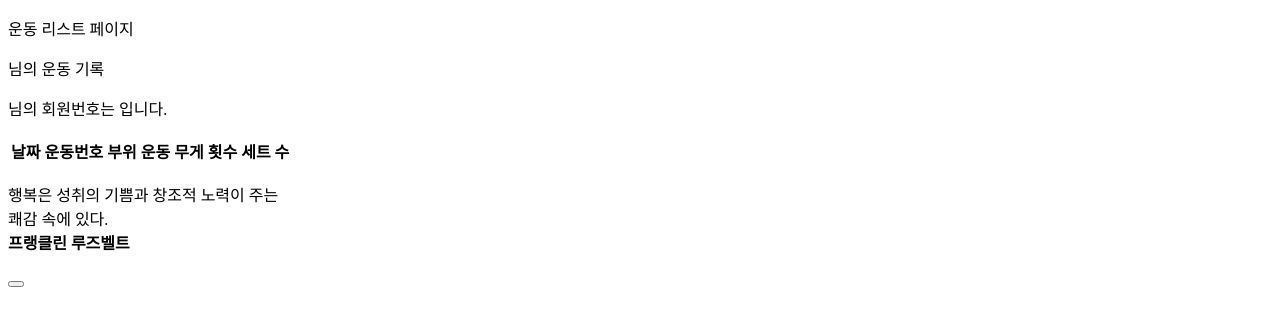
Repository: Up-Min/hrdkorea
Page: http://localhost/jsp_workout/wk_list.jsp
The author's editor kept a copy of each file at every save. The page is drawn from the files as they stood at one save, then again after the next save.
The browser window is 1280 px wide. The pictures show the whole page.
The page is served by Tomcat 9. Other server files are loaded and not shown. The template is opened directly, without the code that normally fills it, so the values that code supplies are empty.

Above is the page before, as saved 2022-12-29 04:52:12.

### jsp_workout/src/main/webapp/wk_list.jsp
<%@ page language="java" contentType="text/html; charset=UTF-8"
	pageEncoding="UTF-8"%>
<%@ taglib prefix="c" uri="http://java.sun.com/jsp/jstl/core"%>
<!DOCTYPE html>
<html>
<head>
<meta charset="UTF-8">
<title>Insert title here</title>
</head>
<body>
	<p>운동 리스트 페이지</p>
	<p>${id}님의 운동 기록</p>
	<p>${id}님의 회원번호는 ${num} 입니다.</p>

	<table>
		<tr>
			<th>날짜</th>
			<th>운동번호</th>
			<th>부위</th>
			<th>운동</th>
			<th>무게</th>
			<th>횟수</th>
			<th>세트 수</th>


		</tr>
		<c:forEach items="${list}" var="w" varStatus="status">
			<!-- jstl쓰면 굳이 request쓸 필요 없다. (Board board : boardList) -->
			<tr>
				<td>${w.wk_date}</td>
				<td>${w.wk_number}</td>
				<td>${w.wk_part}</td>
				<td>${w.ex_name}</td>
				<td>${w.ex_weight}</td>
				<td>${w.ex_reps}</td>
				<td>${w.ex_sets}</td>
			</tr>
		</c:forEach>
	</table>
		<p>
			행복은 성취의 기쁨과 창조적 노력이 주는 <br> 쾌감 속에 있다.
			 <br>
			<b> 프랭클린 루즈벨트 </b>
		</p>

		<button> </button>


	<script type="text/javascript" src="./script.js"></script>
</body>
</html>

### jsp_workout/src/main/webapp/script.js

function signup() {
	let regex = new RegExp('[a-z0-9]+@[a-z]+\.[a-z]{2,3}');
	var f = document.signup_form;
	var p = f.user_pwd.value;
	var p1 = f.user_pwd1.value;
	var i = f.user_id.value;
	var e = f.user_email.value;

	if (i == '') {
		alert("아이디를 입력해 주십시오.");
		i.focus();
		return false;
	}
	if (p == '') {
		alert("비밀번호를 입력해 주십시오.");
		p.focus();
		return false;
	}
	if (p1 == '') {
		alert("비밀번호 확인을 입력해 주십시오.");
		p1.focus();
		return false;
	}
	if (e == '') {
		alert("이메일 주소를 입력해 주십시오.");
		e.focus();
		return false;
	}

	if (p != p1) {
		alert("비밀번호가 일치하지 않습니다. 다시 확인해주세요.");
		p.focus();
		return false;
	} else if (regex.test(e) == false) {
		alert("올바른 이메일 형식이 아닙니다. 다시 확인해주세요.");
		e.focus();
		return false;
	} else {
		alert("회원가입이 완료 되었습니다.");
		f.submit();
	}
}

/*function pwdchk(){
	var f = document.signup_form;
	var p = f.user_pwd.value;
	var p1 = f.user_pwd1.value;



	if(p != p1){
		alert("비밀번호가 일치하지 않습니다. 다시 확인해주세요.")
	}else if(p = p1){
		alert("비밀번호가 일치합니다!")
	}
}*/

function chkpwd2() {
	var f = document.signup_form;
	var p = f.user_pwd.value;
	var p1 = f.user_pwd1.value;
	var r1 = document.getElementById("label_pwd1");
	var r2 = document.getElementById("label_pwd2");

	r1.style.display = 'none';
	r2.style.display = 'none';

	if (p != p1) {
		r1.style.display = 'none';
		r2.style.display = 'block';
	} else if (p == p1) {
		r1.style.display = 'block';
		r2.style.display = 'none';
	}
}

function chkEmail() {
	let regex = new RegExp('[a-z0-9]+@[a-z]+\.[a-z]{2,3}');
	var f = document.signup_form;
	var e = f.user_email.value;
	var e2 = document.getElementById("label_email");
	var e3 = document.getElementById("label_email1");

	e2.style.display = 'none';
	e3.style.display = 'none';

	if (regex.test(e) == false) {
		e2.style.display = 'block';
	}else if (regex.test(e) == true){
		e2.style.display = 'none';
		e3.style.display = 'block';
	}
}


function insert() {
	alert("운동 기록이 완료 되었습니다.");
	submit();
}

function chk_delete() {
	const result = confirm("정말 삭제하시겠습니까?");
	if (result) {
		alert("삭제가 완료 되었습니다.");
		submit();
	}
	return false;
}

function chk_cancel(user_id, user_pwd) {
	var result = confirm("하시던 운동을 취소하시겠습니까?");
	if (result) {
		alert("초기 화면으로 돌아갑니다.");
		location.href = "/jsp_workout/signin?user_id=" + user_id + "&user_pwd=" + user_pwd;
	} else {
		return false;
	}
}

function update() {
	var f = document.editForm;
	var n = f.ex_name.value;
	var w = f.ex_weight.value;
	var r = f.ex_reps.value;
	var s = f.ex_sets.value;

	if (n == '') {
		alert("수정할 운동 이름을 입력해 주십시오.");
		n.focus();
		return false;
	}
	if (w == '') {
		alert("수정할 운동 무게를 입력해 주십시오.");
		w.focus();
		return false;
	}
	if (r == '') {
		alert("수정할 운동 횟수를 입력해 주십시오.");
		r.focus();
		return false;
	}
	if (s == '') {
		alert("수정할 운동 세트를 입력해 주십시오.");
		s.focus();
		return false;
	}

	alert("수정이 완료 되었습니다.");
	submit();
}


function logout() {
	alert("로그아웃이 완료 되었습니다!");
	location.href = "/jsp_workout/";
}

After the next save:
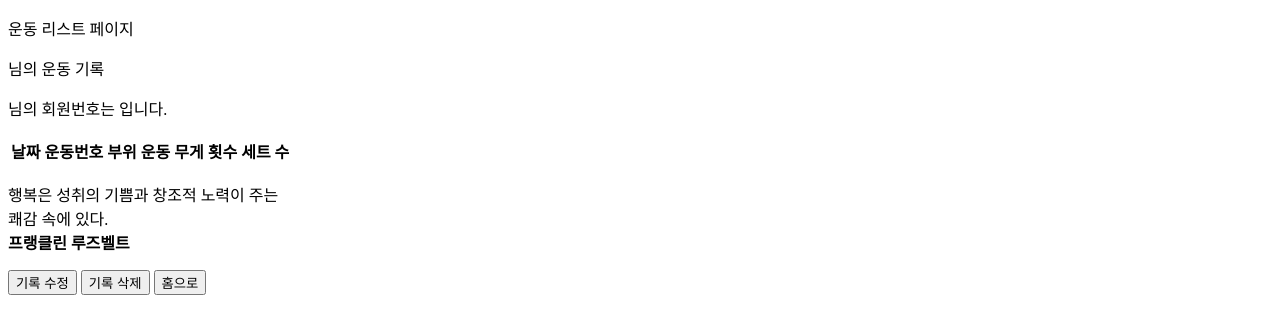
Saved 44 s later.
--- a/jsp_workout/src/main/webapp/wk_list.jsp
+++ b/jsp_workout/src/main/webapp/wk_list.jsp
@@ -43,7 +43,9 @@
 			<b> 프랭클린 루즈벨트 </b>
 		</p>
 
-		<button> </button>
+		<button> 기록 수정 </button>
+		<button> 기록 삭제 </button>
+		<button> 홈으로 </button>
 
 
 	<script type="text/javascript" src="./script.js"></script>
